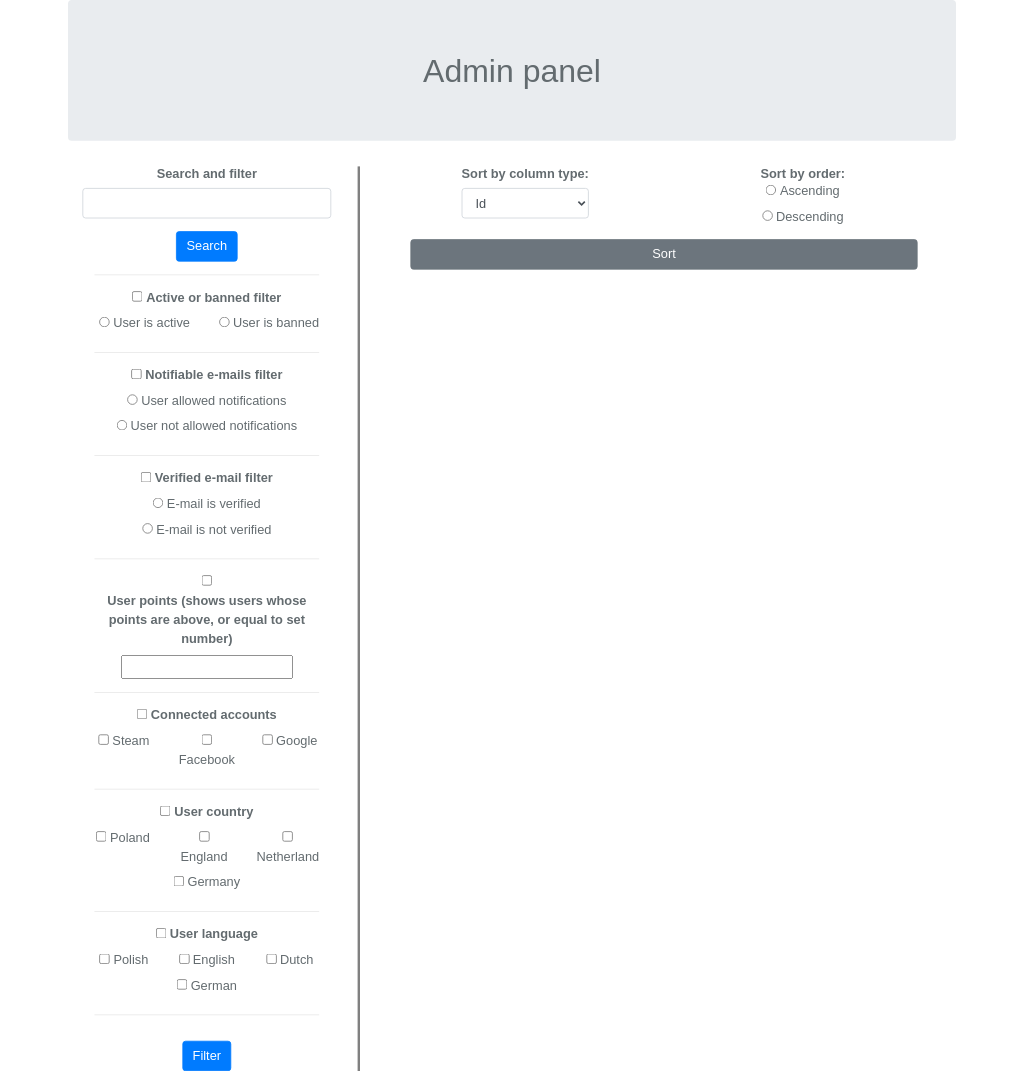
Repository: WOLVGVNG/gameclan
Page: resources/views/admin_panel.blade.php
The author's editor kept a copy of each file at every save. The page is drawn from the files as they stood at one save, then again after the next save.
The browser window is 1280 px wide. The pictures show the whole page, at 80% of full size.
The page is served by the project's Laravel application, run on PHP 8.4 with Laravel 8. Other server files are loaded and not shown. The template is opened directly, without the code that normally fills it, so the values that code supplies are empty.

Above is the page before, as saved 2019-03-20 23:27:21.

### routes/web.php
<?php

/*
|--------------------------------------------------------------------------
| Web Routes
|--------------------------------------------------------------------------
|
| Here is where you can register web routes for your application. These
| routes are loaded by the RouteServiceProvider within a group which
| contains the "web" middleware group. Now create something great!
|
*/

Route::get('/', 'AdminPanelController@index');

### resources/views/admin_panel.blade.php
@extends('layout.app')
@section('content')
<div class='container text-center'>
    <h1 class='jumbotron'>Admin panel</h1>
    <form action='/' method='GET'>
        <div class='row'>
            <div class='col-md-4 px-4 px-md-5' id='filter-div'>
                <!-----------------------------SZUKANIE---------------------------->
                <div class='row'>
                    <h6 class='font-weight-bold mx-auto'>Search and filter</h6>
                    <input type='text' class='form-control' name='search' value='{{ session('search') }}'>
                </div>
                <div class='row'>
                    <button type='submit' class='btn btn-primary mt-3 mx-auto'>Search</button>
                </div>
                <hr>

                <!-----------------------------FILTROWANIE---------------------------->
                <input type='checkbox' name='filter_active_switch' id='active_switch' value=true @if(session('filter_active_switch')==true) echo checked @endif>
                <label for='active_switch' class='font-weight-bold text-center'>Active or banned filter</label>
                <div class='row'>
                    <div class='col'>
                        <input type='radio' name='filter_active' id='active' value='active' @if(session('filter_active')=='active') echo checked @endif>
                        <label for='active'>User is active</label>
                    </div>
                    <div class='col'>
                        <input type='radio' name='filter_active' id='banned' value='banned' @if(session('filter_active  ')=='banned') echo checked @endif>
                        <label for='banned'>User is banned</label>
                    </div>
                </div>

                <hr>

                <input type='checkbox' name='filter_notifiable_email_switch' id='notifiable_email_switch' value=true @if(session('filter_notifiable_email_switch')==true) echo checked @endif>
                <label for='notifiable_email_switch' class='font-weight-bold text-center'>Notifiable e-mails filter</label>
                <div class='row'>
                    <div class='col mx-auto'>
                        <div class='col-12'>
                            <input type='radio' name='filter_notifiable_email' id='notifiable_email_yes' value='true' @if(session('filter_notifiable_email')=='true') echo checked @endif>
                            <label for='notifiable_email_yes'>User allowed notifications</label>
                        </div>
                        <div class='col-12'>
                            <input type='radio' name='filter_notifiable_email' id='notifiable_email_no' value='false' @if(session('filter_notifiable_email')=='false') echo checked @endif>
                            <label for='notifiable_email_no'>User not allowed notifications</label>
                        </div>
                    </div>
                </div>

                <hr>

                {{--<input type='checkbox' name='filter_emails_switch' id='email_switch' value=true @if(session('filter_emails_switch')==true) echo checked @endif>
                <label for='email_switch' class='font-weight-bold text-center'>Users' email's providers</label>
                <div class='row'>
                    <div class='col'>
                        <input type='checkbox' name='filter_emails[]' id='gmail' value='gmail'>
                        <label for='gmail'>Gmail</label>
                    </div>
                    <div class='col'>
                        <input type='checkbox' name='filter_emails[]' id='outlook' value='outlook'>
                        <label for='outlook'>Outlook</label>
                    </div>
                    <div class='col'>
                        <input type='checkbox' name='filter_emails[]' id='yahoo' value='yahoo'>
                        <label for='yahoo'>Yahoo</label>
                    </div>
                    <div class='col'>
                        <input type='checkbox' name='filter_emails[]' id='yandex' value='yandex'>
                        <label for='yandex'>Yandex</label>
                    </div>
                    <div class='col'>
                        <input type='checkbox' name='filter_emails[]' id='icloud' value='icloud'>
                        <label for='icloud'>Icloud</label>
                    </div>
                    <div class='col'>
                        <input type='checkbox' name='filter_emails[]' id='onet' value='onet'>
                        <label for='onet'>Onet</label>
                    </div>
                </div>--}}

                <input type='checkbox' name='filter_verified_email_switch' id='verified_email_switch' value=true @if(session('filter_verified_email_switch')==true) echo checked @endif>
                <label for='verified_email_switch' class='font-weight-bold text-center'>Verified e-mail filter</label>
                <div class='row'>
                    <div class='col mx-auto'>
                        <div class='col-12'>
                            <input type='radio' name='filter_verified_email' id='verified_email_yes' value='true' @if(session('filter_verified_email')=='true') echo checked @endif>
                            <label for='verified_email_yes'>E-mail is verified</label>
                        </div>
                        <div class='col-12'>
                            <input type='radio' name='filter_verified_email' id='verified_email_no' value='false' @if(session('filter_verified_email')=='false') echo checked @endif>
                            <label for='verified_email_no'>E-mail is not verified</label>
                        </div>
                    </div>
                </div>

                <hr>

                <input type='checkbox' name='filter_points_switch' id='points_switch' value=true @if(session('filter_points_switch')==true) echo checked @endif>
                <label for='points_switch' class='font-weight-bold text-center'>User points (shows users whose points are above, or equal to set number)</label>
                <div class='row'>
                    <div class='col-12'>
                        <input type='number' name='filter_points' value={{session('filter_points')}}>
                    </div>
                </div>

                <hr>

                <input type='checkbox' name='filter_connected_accounts_switch' id='connected_accounts_switch' value=true @if(session('filter_connected_accounts_switch')==true) echo checked @endif>
                <label for='connected_accounts_switch' class='font-weight-bold text-center'>Connected accounts</label>
                <div class='row'>
                    <div class='col'>
                        <input type='checkbox' name='filter_connected_accounts_steam' id='connected_accounts_steam' value='steam' @if(session('filter_connected_accounts_steam')=='steam') echo checked @endif>
                        <label for='connected_accounts_steam'>Steam</label>
                    </div>
                    <div class='col'>
                        <input type='checkbox' name='filter_connected_accounts_facebook' id='connected_accounts_facebook' value='facebook' @if(session('filter_connected_accounts_facebook')=='facebook') echo checked @endif>
                        <label for='connected_accounts_facebook'>Facebook</label>
                    </div>
                    <div class='col'>
                        <input type='checkbox' name='filter_connected_accounts_google' id='connected_accounts_google' value='google' @if(session('filter_connected_accounts_google')=='google') echo checked @endif>
                        <label for='connected_accounts_google'>Google</label>
                    </div>
                </div>

                <hr>

                <input type='checkbox' name='filter_geo_switch' id='geo_switch' value=true @if(session('filter_geo_switch')==true) echo checked @endif>
                <label for='geo_switch' class='font-weight-bold text-center'>User country</label>
                <div class='row'>
                    <div class='col'>
                        <input type='checkbox' name='filter_geo_poland' id='geo_poland' value='poland' @if(session('filter_geo_poland')=='poland') echo checked @endif>
                        <label for='geo_poland'>Poland</label>
                    </div>
                    <div class='col'>
                        <input type='checkbox' name='filter_geo_england' id='geo_england' value='england' @if(session('filter_geo_england')=='england') echo checked @endif>
                        <label for='geo_england'>England</label>
                    </div>
                    <div class='col'>
                        <input type='checkbox' name='filter_geo_netherland' id='geo_netherland' value='netherland' @if(session('filter_geo_netherland')=='netherland') echo checked @endif>
                        <label for='geo_netherland'>Netherland</label>
                    </div>
                    <div class='col'>
                        <input type='checkbox' name='filter_geo_germany' id='geo_germany' value='germany' @if(session('filter_geo_germany')=='germany') echo checked @endif>
                        <label for='geo_germany'>Germany</label>
                    </div>
                </div>

                <hr>

                <input type='checkbox' name='filter_lang_switch' id='lang_switch' value=true @if(session('filter_lang_switch')==true) echo checked @endif>
                <label for='lang_switch' class='font-weight-bold text-center'>User language</label>
                <div class='row'>
                    <div class='col'>
                        <input type='checkbox' name='filter_lang_pl' id='lang_pl' value='pl' @if(session('filter_lang_pl')=='pl') echo checked @endif>
                        <label for='lang_pl'>Polish</label>
                    </div>
                    <div class='col'>
                        <input type='checkbox' name='filter_lang_en' id='lang_en' value='en' @if(session('filter_lang_en')=='en') echo checked @endif>
                        <label for='lang_en'>English</label>
                    </div>
                    <div class='col'>
                        <input type='checkbox' name='filter_lang_nl' id='lang_nl' value='nl' @if(session('filter_lang_nl')=='nl') echo checked @endif>
                        <label for='lang_nl'>Dutch</label>
                    </div>
                    <div class='col'>
                        <input type='checkbox' name='filter_lang_ge' id='lang_ge' value='ge' @if(session('filter_lang_ge')=='ge') echo checked @endif>
                        <label for='lang_ge'>German</label>
                    </div>
                </div>

                <hr>

                <div class='row'>
                    <button type='submit' class='btn btn-primary mt-3 mx-auto'>Filter</button>
                </div>
            </div>

            <div class='col-md-8 px-4 px-md-5'>
                <!-----------------------------SORTOWANIE---------------------------->
                <div class='row'>
                    <div class='col-sm-6'>
                        <h6 class='font-weight-bold mt-4 mt-md-0'>Sort by column type:</h6>
                        <select class='form-control w-50 mx-auto' name='sort_type' value='{{ session('sort_type') }}'>
                            {{--<option>{{ session('sort_type') }}</option>--}}
                            <option value='id' @if(session('sort_type') == 'id') echo selected @endif>Id</option>
                            <option value='user_name' @if(session('sort_type') == 'user_name') echo selected @endif>User name</option>
                            <option value='email' @if(session('sort_type') == 'email') echo selected @endif>E-mail</option>
                            <option value='notifiable_email' @if(session('sort_type') == 'notifiable_email') echo selected @endif>Notifiable email</option>
                            <option value='email_verified_at' @if(session('sort_type') == 'email_verified_at') echo selected @endif>Email verification date</option>
                            <option value='points' @if(session('sort_type') == 'points') echo selected @endif>Points</option>
                            <option value='steam_id' @if(session('sort_type') == 'steam_id') echo selected @endif>Steam id</option>
                            <option value='facebook_id' @if(session('sort_type') == 'facebook_id') echo selected @endif>Facebook id</option>
                            <option value='google_id' @if(session('sort_type') == 'google_id') echo selected @endif>Google id</option>
                            <option value='geo' @if(session('sort_type') == 'geo') echo selected @endif>Country</option>
                            <option value='lang' @if(session('sort_type') == 'lang') echo selected @endif>Language</option>
                            <option value='ref' @if(session('sort_type') == 'ref') echo selected @endif>Ref</option>
                            <option value='ref_status' @if(session('sort_type') == 'ref_status') echo selected @endif>Ref status</option>
                            <option value='ref_code' @if(session('sort_type') == 'ref_code') echo selected @endif>Ref code</option>
                            <option value='deleted_at' @if(session('sort_type') == 'deleted_at') echo selected @endif>The date of removal</option>
                            <option value='created_at' @if(session('sort_type') == 'created_at') echo selected @endif>Creation date</option>
                            <option value='updated_at' @if(session('sort_type') == 'updated_at') echo selected @endif>Update date</option>
                        </select>
                    </div>
                    <div class='col-sm-6'>
                        <h6 class='font-weight-bold my-4 my-md-0'>Sort by order:</h6>
                        <input type='radio' name='sort_order' value='asc' id='asc'
                                @if(session('sort_order') == 'asc') echo checked @endif>
                        <label for='asc'>Ascending</label>
                        <br>
                        <input type='radio' name='sort_order' value='desc' id='desc'
                                @if(session('sort_order') == 'desc') echo checked @endif>
                        <label for='desc'>Descending</label>
                    </div>
                </div>
                <div class='col mt-2 mb-5'>
                    <button type='submit' class='btn btn-block btn-secondary'>Sort</button>
                </div>
            </form>

            <!-----------------------------WYŚWIETLANIE---------------------------->
            @foreach($users as $user)
                <div class='row mb-5 user-part-div'>
                    <div class='user-part-div col'>
                        <p class='font-weight-bold'>id</p>
                        <p>{{$user->id}}</p>
                    </div>
                    <div class='user-part-div col'>
                        <p class='font-weight-bold'>user_name</p>
                        <p>{{$user->user_name}}</p>
                    </div>
                    <div class='user-part-div col'>
                        <p class='font-weight-bold'>email</p>
                        <p>{{$user->email}}</p>
                    </div>
                    @if(isset($user->email_verified_at))
                        <div class='user-part-div col'>
                            <p class='font-weight-bold'>email_verified_at</p>
                            <p>{{$user->email_verified_at}}</p>
                        </div>
                    @endif
                    @if(isset($user->email_verified_at))
                        <div class='user-part-div col'>
                            <p class='font-weight-bold'>remember_token</p>
                            <p>{{$user->remember_token}}</p>
                        </div>
                    @endif
                    <div class='user-part-div col'>
                        <p class='font-weight-bold'>avatar</p>
                        <p>{{$user->avatar}}</p>
                    </div>
                    <div class='user-part-div col'>
                        <p class='font-weight-bold'>points</p>
                        <p>{{$user->points}}</p>
                    </div>
                    @if(isset($user->steam_id))
                        <div class='user-part-div col'>
                            <p class='font-weight-bold'>steam_id</p>
                            <p>{{$user->steam_id}}</p>
                        </div>
                    @endif
                    @if(isset($user->facebook_id))
                        <div class='user-part-div col'>
                            <p class='font-weight-bold'>facebook_id</p>
                            <p>{{$user->facebook_id}}</p>
                        </div>
                    @endif
                    @if(isset($user->google_id))
                        <div class='user-part-div col'>
                            <p class='font-weight-bold'>google_id</p>
                            <p>{{$user->google_id}}</p>
                        </div>
                    @endif
                    <div class='user-part-div col'>
                        <p class='font-weight-bold'>geo</p>
                        <p>{{$user->geo}}</p>
                    </div>
                    <div class='user-part-div col'>
                        <p class='font-weight-bold'>lang</p>
                        <p>{{$user->lang}}</p>
                    </div>
                    @if(isset($user->ref))
                        <div class='user-part-div col'>
                            <p class='font-weight-bold'>ref</p>
                            <p>{{$user->ref}}</p>
                        </div>
                    @endif
                    @if(isset($user->ref_status))
                        <div class='user-part-div col'>
                            <p class='font-weight-bold'>ref_status</p>
                            <p>{{$user->ref_status}}</p>
                        </div>
                    @endif
                    <div class='user-part-div col'>
                        <p class='font-weight-bold'>ref_code</p>
                        <p>{{$user->ref_code}}</p>
                    </div>
                    @if(isset($user->deleted_at))
                        <div class='user-part-div col'>
                            <p class='font-weight-bold'>deleted_at</p>
                            <p>{{$user->deleted_at}}</p>
                        </div>
                    @endif
                    <div class='user-part-div col'>
                        <p class='font-weight-bold'>created_at</p>
                        <p>{{$user->created_at}}</p>
                    </div>
                    @if(isset($user->updated_at))
                        <div class='user-part-div col'>
                            <p class='font-weight-bold'>updated_at</p>
                            <p>{{$user->updated_at}}</p>
                        </div>
                    @endif
                </div>
            @endforeach
        </div>
    </div>

    <!-----------------------------PAGINACJA---------------------------->
    <div class='row'>
        <div class='mx-auto'>
            {{ $users->links() }}
        </div>
    </div>
</div>
@endsection

### resources/views/layout/app.blade.php
<!doctype html>
<html lang="{{ str_replace('_', '-', app()->getLocale()) }}">
    <head>
        <meta charset="utf-8">
        <meta name="viewport" content="width=device-width, initial-scale=1">

        <title>Laravel</title>

        <link rel="stylesheet" href="https://stackpath.bootstrapcdn.com/bootstrap/4.3.1/css/bootstrap.min.css" integrity="sha384-ggOyR0iXCbMQv3Xipma34MD+dH/1fQ784/j6cY/iJTQUOhcWr7x9JvoRxT2MZw1T" crossorigin="anonymous">

        <style>
            html, body {
                background-color: #fff;
                color: #636b6f;
                font-family: 'Nunito', sans-serif;
                font-weight: 200;
                height: 100vh;
                margin: 0;
            }

            .user-part-div {
                border: 2px solid gray;
            }

            #filter-div {
                border-right: 3px solid gray;
            }
        </style>
    </head>
    <body>
        @yield('content')

    </body>
</html>

After the next save:
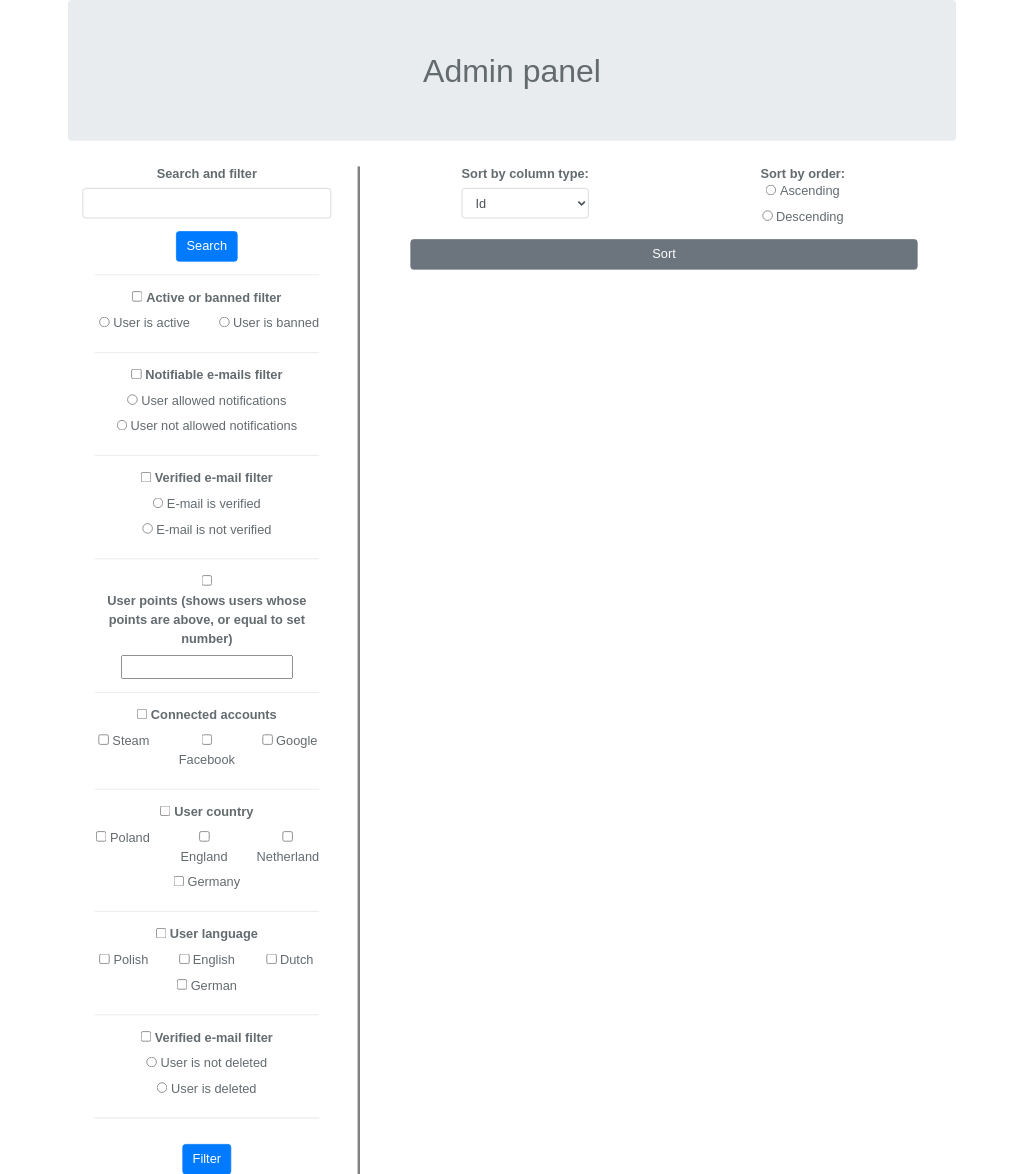
Saved 2 min 39 s later.
--- a/resources/views/admin_panel.blade.php
+++ b/resources/views/admin_panel.blade.php
@@ -164,6 +164,23 @@
                     <div class='col'>
                         <input type='checkbox' name='filter_lang_ge' id='lang_ge' value='ge' @if(session('filter_lang_ge')=='ge') echo checked @endif>
                         <label for='lang_ge'>German</label>
+                    </div>
+                </div>
+
+                <hr>
+
+                <input type='checkbox' name='filter_deleted_switch' id='deleted_switch' value=true @if(session('filter_deleted_switch')==true) echo checked @endif>
+                <label for='deleted_switch' class='font-weight-bold text-center'>Verified e-mail filter</label>
+                <div class='row'>
+                    <div class='col mx-auto'>
+                        <div class='col-12'>
+                            <input type='radio' name='filter_deleted' id='deleted_yes' value='true' @if(session('filter_deleted')=='true') echo checked @endif>
+                            <label for='deleted_yes'>User is not deleted</label>
+                        </div>
+                        <div class='col-12'>
+                            <input type='radio' name='filter_deleted' id='deleted_no' value='false' @if(session('filter_deleted')=='false') echo checked @endif>
+                            <label for='deleted_no'>User is deleted</label>
+                        </div>
                     </div>
                 </div>
 
